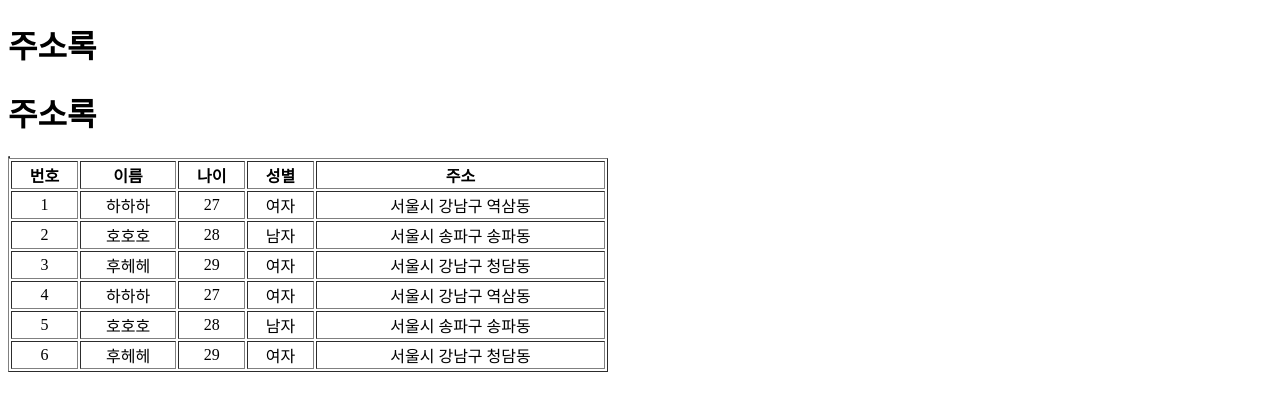
Repository: seula123/Front-End
Page: ClientTest/src/main/webapp/html/ex16_table.html
These files come from the project's save history. The page is drawn as it stood at one moment and after the next save; the edit follows.
The browser window is 1280 px wide. The pictures show the whole page.

Above is the page before, as saved 2023-09-21 01:38:34.

After the next save:
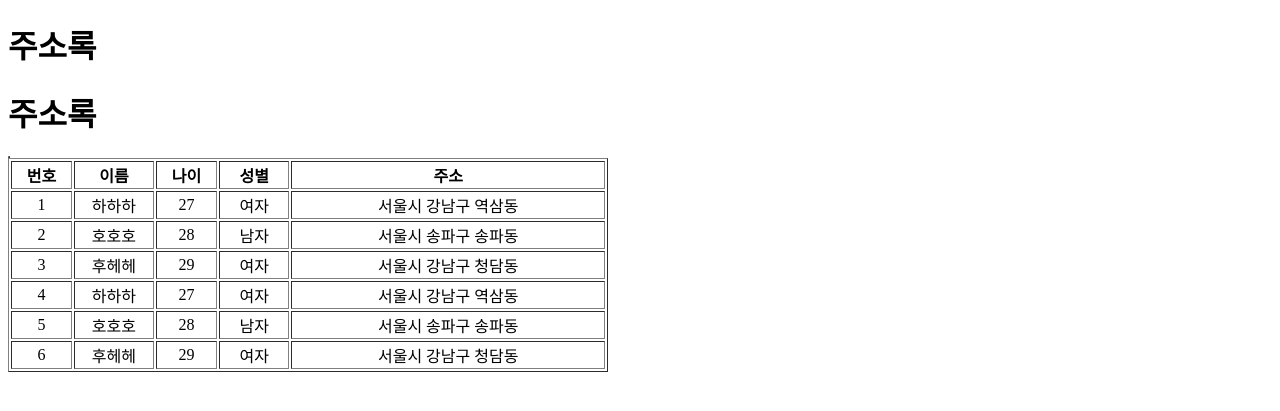
Saved 26 s later.
--- a/ClientTest/src/main/webapp/html/ex16_table.html
+++ b/ClientTest/src/main/webapp/html/ex16_table.html
@@ -39,11 +39,11 @@
 
 		<tr >
 
-			<th>번호</th>
-			<th>이름</th>
-			<th>나이</th>
-			<th>성별</th>
-			<th>주소</th>
+			<th width ="60">번호</th>
+			<th width ="80">이름</th>
+			<th width ="60">나이</th>
+			<th width ="70">성별</th>
+			<th width ="330">주소</th>
 		</tr>
 
 
